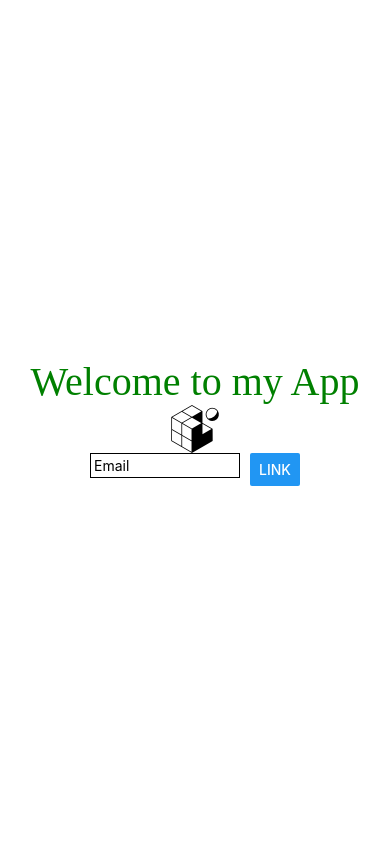
Repository: ntu34543/ReactNativeAndroid
Screen: /
The author's editor kept a copy of each file at every save. The screen is drawn from the files as they stood at one save, then again after the next save.
The app was drawn by React Native's web renderer in a window 390 px wide. The project was rebuilt for these pictures with package versions that can differ from the ones it lists, and the page was loaded fresh each time.

Above is the screen before, as saved 2022-09-23 16:53:38.

After the next save:
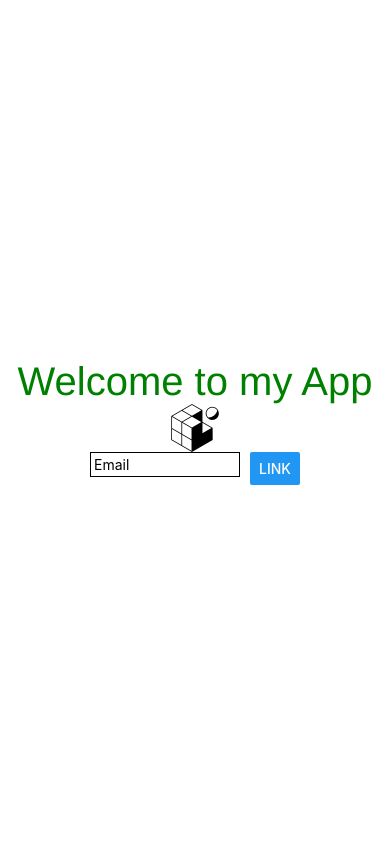
Saved 8 s later.
--- a/App.js
+++ b/App.js
@@ -43,6 +43,6 @@ const styles = StyleSheet.create({
   text: {
     fontSize: 40,
     color: 'green',
-    fontFamily: 'Rubik',
+    fontFamily: 'Helvetica',
   }
 });
